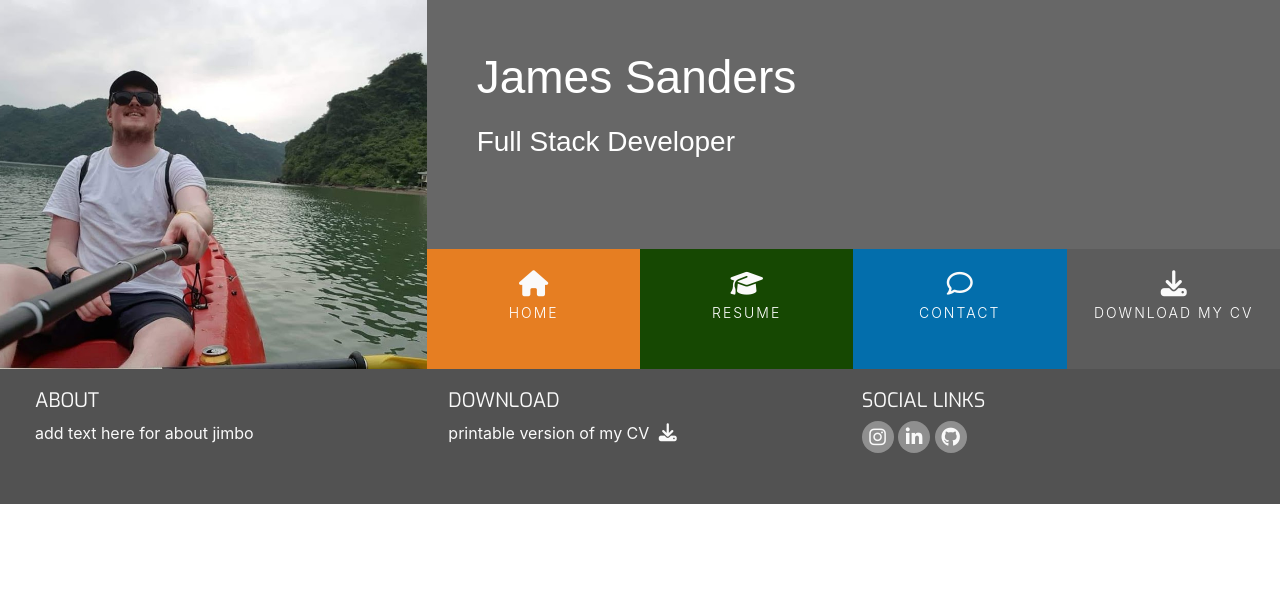
Repository: JaySanders95/my-online-resume
Page: contact.html
An editor plug-in stored every save of this project. The page is shown before and after the next save, followed by the edit.
The browser window is 1280 px wide. The pictures show the whole page.
Some web fonts or font styles are not loaded; a fallback is used. Some web libraries are served in a nearby version.

Above is the page before, as saved 2023-04-22 18:17:37.

After the next save:
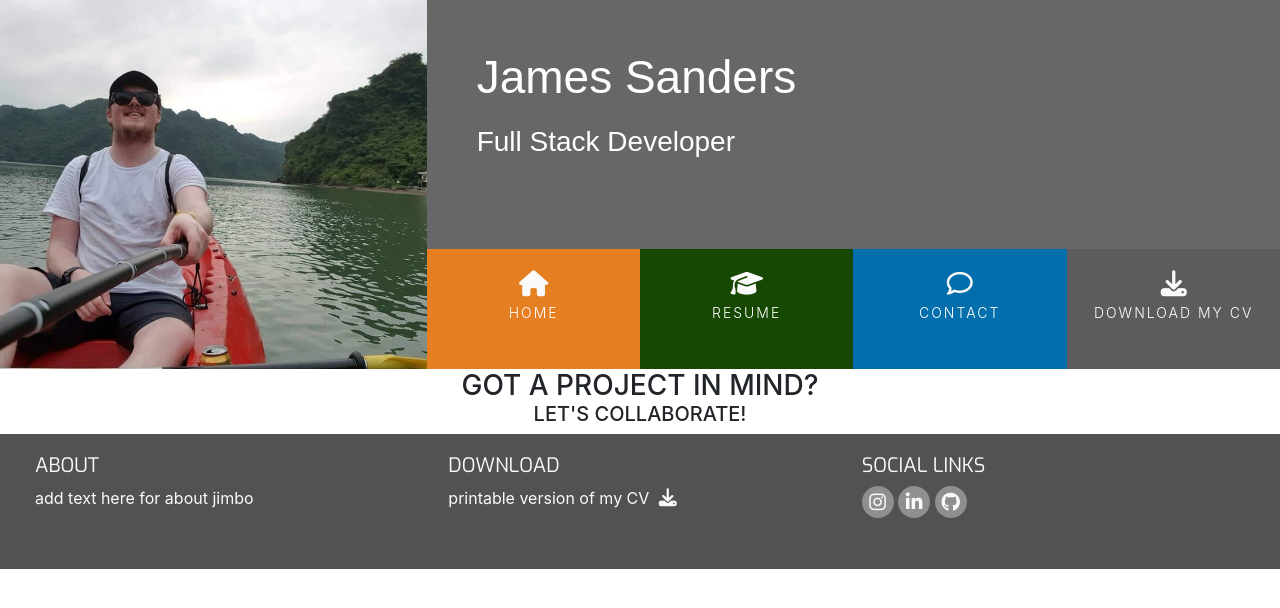
Saved 12 days later.
--- a/contact.html
+++ b/contact.html
@@ -45,7 +45,13 @@
             </div>
         </div>
     </header>
-    <section>
+    <section class="container-fluid">
+        <div class="row bg-color-contact">
+            <div class="col">
+                <h3 class="contact-heading uppercase text-center">Got a project in mind?</h3>
+                <h5 class="uppercase text-center">Let's collaborate!</h5>
+            </div>
+        </div>
 
     </section>
     <footer class="container-fluid">
